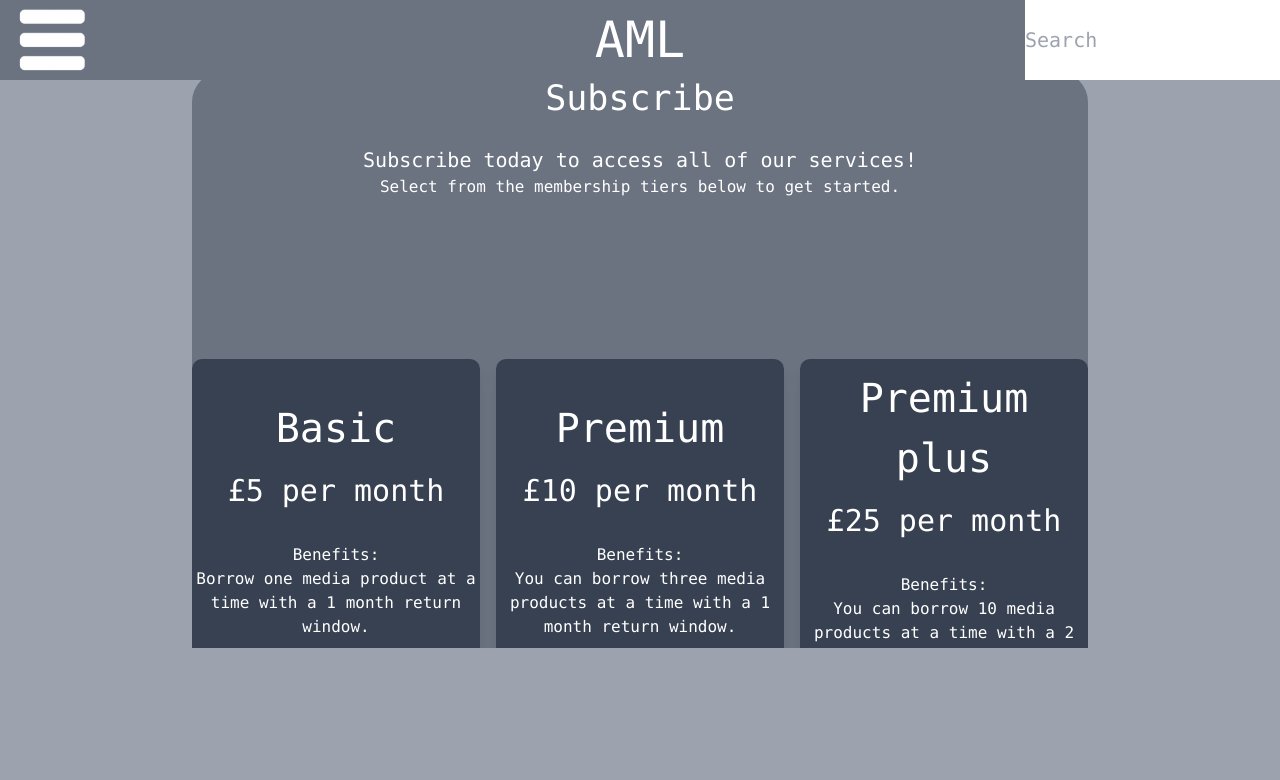
Repository: DuyKhanhDo/AML-Concept
Page: http://localhost/subscribe
The author's editor kept a copy of each file at every save. The page is drawn from the files as they stood at one save, then again after the next save.
The browser window is 1280 px wide. The pictures show the whole page.
Some web libraries are served in a nearby version. The page is served by the project's Laravel application, run on PHP 8.4 with Laravel 12. A made-up administrator, Test User (test@example.com), is signed in.

Above is the page before, as saved 2024-11-11 14:45:59.

After the next save:
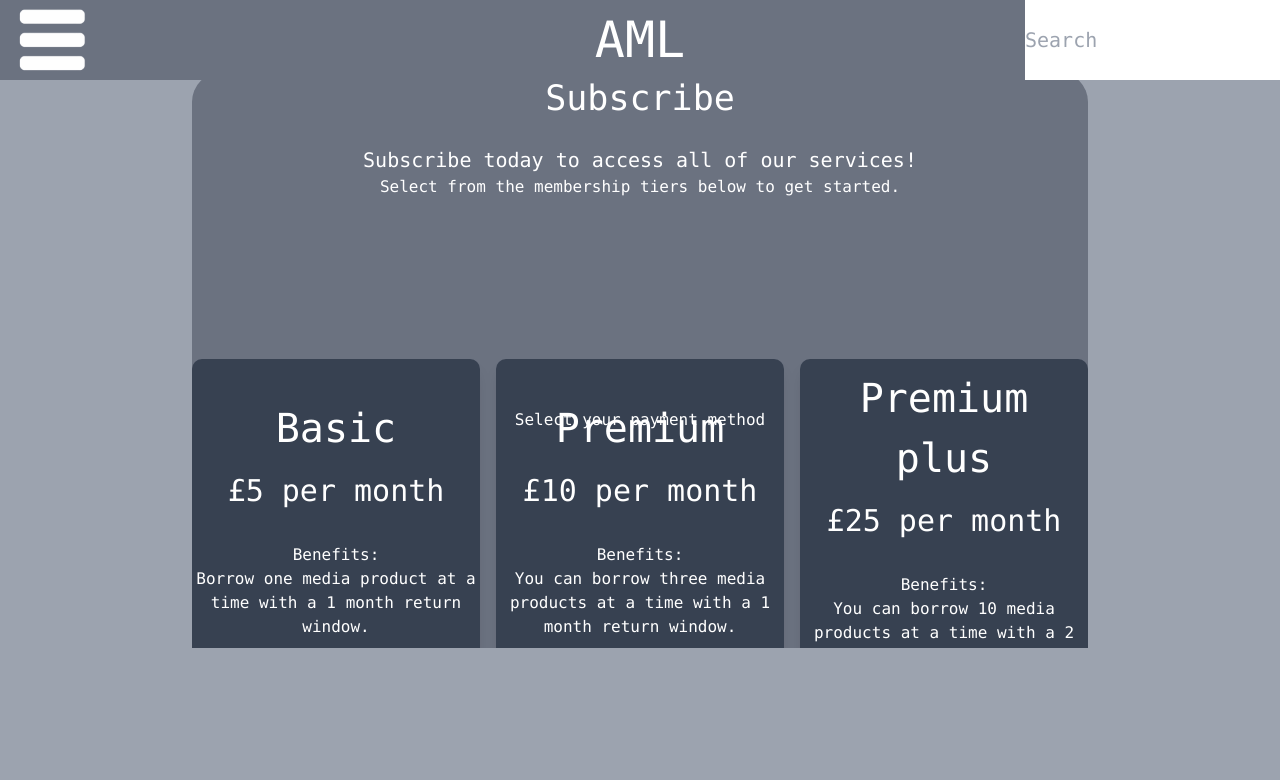
Saved 5 s later.
--- a/resources/views/subscribe.blade.php
+++ b/resources/views/subscribe.blade.php
@@ -11,7 +11,7 @@
                     <x-subscription-tier tier='Premium plus' price='£25' benefits='You can borrow 10 media products at a time with a 2 month return window.'></x-subscription-tier>
                 </div>
             </div>
-            <div id="payment-options" class="">
+            <div id="payment-options" class="absolute ">
                 <h1>Select your payment method</h1>
                 <button>
                     <img src="{{ asset('assets/paypal.png') }}" alt="">
